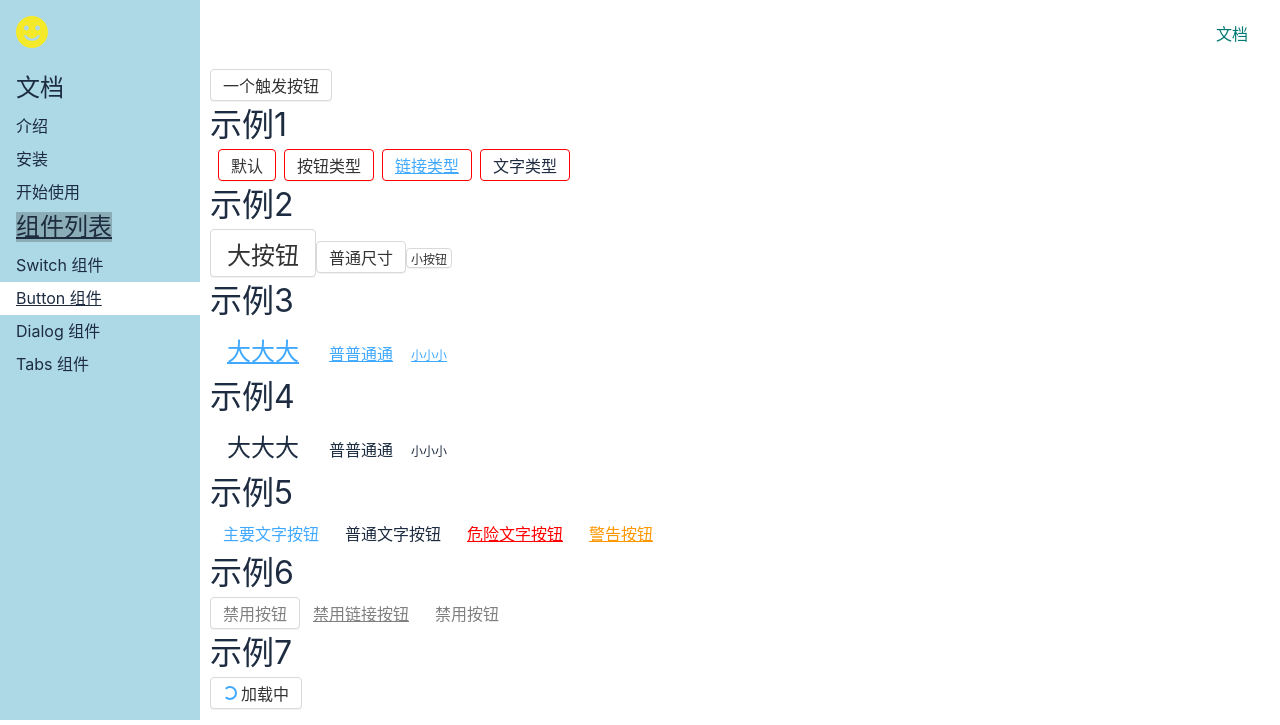
Repository: huming3272/Smile-UI
Page: /#/doc/button
These files come from the project's save history. The page is drawn as it stood at one moment and after the next save; the edit follows.
The browser window is 1280 px wide. The pictures show the whole page.
The project was rebuilt for these pictures with package versions that can differ from the ones it lists, and the page was loaded fresh each time. Also part of the build but not shown: src/lib/svg.js, src/views/Home.vue, src/lib/Switch.vue, src/components/Switch1.demo.vue, src/components/Switch2.demo.vue, src/components/Demo.vue, src/components/SwitchDemo.vue, src/lib/Dialog.vue and 7 more. Imported but missing from the stored project, and not drawn on this page: src/lib/Tabs.vue, src/lib/openDialog.

Above is the page before, as saved 2022-04-17 17:27:01.

### index.html
<!DOCTYPE html>
<html lang="en">
<head>
  <meta charset="UTF-8">
  <link rel="icon" href="/favicon.ico" />
  <meta name="viewport" content="width=device-width, initial-scale=1.0">
  <title>Vite App</title>
  <!-- <script src="//at.alicdn.com/t/font_3242938_9kpz3740e2n.js"></script> -->
</head>
<body>
  <div id="app"></div>
  <script type="module" src="/src/main.ts"></script>
</body>
</html>

### src/main.ts
import "./lib/gulu.scss";
import "./lib/svg.js";
import "./index.scss";
import { createApp } from 'vue';
import App from './App.vue';
import router from './router/index';
import 'github-markdown-css'

const app = createApp(App)
app.use(router)
app.mount('#app')

### src/lib/gulu.scss
[class^="gulu-"], [class*=" gulu-"] {
    // 属性选择器的"^"开头选择器,"*"包含选择器
    margin: 0;
    padding: 0;
    box-sizing: border-box;
    font-size: 16px;
    // 为什么这样写 font-family
    // 答案见 https://github.com/zenozeng/fonts.css/
    font-family: -apple-system, "Noto Sans", "Helvetica Neue", Helvetica,
      "Nimbus Sans L", Arial, "Liberation Sans", "PingFang SC", "Hiragino Sans GB",
      "Noto Sans CJK SC", "Source Han Sans SC", "Source Han Sans CN",
      "Microsoft YaHei", "Wenquanyi Micro Hei", "WenQuanYi Zen Hei", "ST Heiti",
      SimHei, "WenQuanYi Zen Hei Sharp", sans-serif;
  }

### src/index.scss
* {
  margin: 0;
  padding: 0;
  box-sizing: border-box;
}
ul,
ol {
  list-style: none;
}
a {
  text-decoration: none;
  color: inherit;
  border-bottom: 1px solid transparent;
  &:hover {
    border-bottom: 1px solid;
    text-decoration: underline;
    cursor: pointer;
  }
}
h1,h2,h3,h4,h5,h6{
  font-weight: normal;
}
body{
  font-size: 16px;
  font-family: -apple-system, "Noto Sans",
  "Helvetica Neue",
  Helvetica, "Nimbus Sans L", Arial,
  "Liberation Sans",
  "PingFang SC",
  "Hiragino Sans GB",
  "Noto Sans CJK SC",
  "Source Han Sans SC",
  "Source Han Sans CN",
  "Microsoft YaHei",
  "Wenquanyi Micro Hei",
  "WenQuanYi Zen Hei",
  "ST Heiti",
  SimHei,
   "WenQuanYi Zen Hei Sharp",
  sans-serif;
  line-height: 1.5;
  color: #1d2c40;
}
.icon {
  width: 1em; height: 1em;
  vertical-align: -0.15em;
  fill: currentColor;
  overflow: hidden;
}

### src/App.vue
<template>
  <router-view/>
</template>

<script lang='ts'>
import {ref,provide} from 'vue'
import router from './router/index'

export default {
  name: 'App',
  setup(){
    const width = document.documentElement.clientWidth;
    //获取窗口宽度
    const menuVisible = ref(width <= 500 ? false : true);
    const toggleAside = ref(false)


    //检测窗口宽度
    //定义初值，类似vue2的data

    provide('menuVisible',menuVisible)//set
    //provide提供menuVisible给全局
    provide('toggleAside',toggleAside)



  },


}
</script>
<style lang="scss">
  *{
    padding: 0;
    margin: 0;
    list-style: none;

  }
</style>

### src/router/index.ts
import {createWebHashHistory,createRouter} from 'vue-router'
import Home from '../views/Home.vue'
import Doc from '../views/Doc.vue'
import Switch from '../components/SwitchDemo.vue'
import Button from '../components/ButtonDemo.vue'
import Dialog from '../components/DialogDemo.vue'
import Tabs from '../components/TabsDemo.vue'
import DocDemo from '../components/DocDemo.vue'

import Intro from '../views/Intro.vue';
import GetStarted from '../views/GetStarted.vue'
import Install from '../views/Install.vue'

import { h } from 'vue';
import Markdown from '../components/Markdown.vue';
const md = (filename) => {return h(Markdown,{path:`../markdown/${filename}.md`, key: filename})}
//  必须加上不同的key，不然切换组件后，渲染会失败
const history = createWebHashHistory()
// hash型路由
 const router = createRouter(
// 创建路由器
    {
    history:history,
    routes:[
        {path:'/',component:Home},
        {path:'/doc',component:Doc,
        children:[
            { path:'',component:DocDemo },
            { path:'switch',component:Switch },
            { path:'button',component:Button },
            { path:'Dialog',component:Dialog },
            { path:'Tabs',component:Tabs },
            { path: "intro", component: md('intro') },
            { path: "get-started", component: md('get-started') },
            { path: "install", component: md('install') },
        ]},

    ]
}
)


export default router

### src/views/Doc.vue
<template>
  <div class="layout">
    <Topnav class="nav"></Topnav>
    <div class="content">
      <aside v-if="menuVisible">
        <h2>
          文档
        </h2>
        <ol>
          <li>
            <router-link to="/doc/intro">
              介绍
            </router-link>
          </li>
          <li>
            <router-link to="/doc/install">
              安装
            </router-link>
          </li>
          <li>
            <router-link to="/doc/get-started">
              开始使用
            </router-link>
          </li>
        </ol>
        <h2>
          <router-link to='/doc'>
            组件列表
          </router-link>
        </h2>
        <ol>
          <li>
            <router-link to="/doc/switch">Switch 组件</router-link>
          </li>
          <li>
            <router-link to="/doc/button">Button 组件</router-link>
          </li>
          <li>
            <router-link to="/doc/dialog">Dialog 组件</router-link>
          </li>
          <li>
            <router-link to="/doc/tabs">Tabs 组件</router-link>
          </li>
        </ol>
      </aside>
      <main>
        <router-view></router-view>
      </main>
    </div>
  </div>
</template>
<script lang="ts">
import Topnav from "../components/Topnav.vue";
import {inject,Ref,onMounted,onUnmounted} from 'vue'
import  router  from '../router/index';
export default {
  components: {
    Topnav,
  },
  setup(){
    //setup函数是处于 生命周期函数 beforeCreate 和 Created 两个钩子函数之前的函数,类似用函数定义vue2的data
    const menuVisible = inject<Ref<boolean>>('menuVisible') //get
    const toggleAside = inject<Ref<boolean>>('toggleAside')
    toggleAside.value = true
    //引入名为menuVisible

    const menuActive = () => {
          if (window.innerWidth > 500){
            menuVisible.value = true
          }
      }
    onMounted(() => {
      window.addEventListener('resize',menuActive)
    })
    onUnmounted(() => {
      window.removeEventListener('resive',menuActive)
    })

    router.afterEach((to, from) => {

      // menuVisible.value = false
    })

    return {menuVisible}
    // return 暴露出去，才能在这个文件中使用menuVisible

  },
  methods: {

  }

};
</script>
<style lang="scss" scoped>
.router-link-active {
  text-decoration: underline;
}
.layout {
  display: flex;
  flex-direction: column;
  height: 100vh;
  z-index: 10;
  > .nav {
    flex-shrink: 0;
  }
  > .content {
    flex-grow: 1;
    padding-top: 53px;
    padding-left: 200px;
    @media (max-width: 500px) {
      padding-left: 0;
    }
  }
}
.content {
  display: flex;
  > aside {
    flex-shrink: 0;
    // position: relative;
    h2{
      >.router-link-active{
        background: rgba(0,0,0,0.2);
      }
    }
    >ol{
      .router-link-active{
        // background: rgba(255, 81, 0, 0.5)
      }
    }

  }
  > main {
    flex-grow: 1;
    padding: 16px 10px;
    // background: lightgreen;

  }
}
aside {
  background: lightblue;
  width: 200px;
  // padding: 16px 0 16px 16px;
  position: fixed;
  top: 0;
  left: 0;
  padding-top: 70px;
  height: 100%;
  // z-index: 20;
  > h2 {
    margin-bottom: 4px;
    padding: 0 16px;
  }
  > ol {
    > li {
      >a {
        display: block;
        padding: 4px 16px;
        text-decoration: none;
      }
      .router-link-active{
        background: white;
      }
    }
  }
  @media (max-width: 500px) {
    position: fixed;
    top: 0;
    left: 0;
    padding-top: 70px;
  }
}
main {
  overflow: auto;
}
</style>

### src/components/ButtonDemo.vue
<template>
  <div>

      <Button @click="onClick" @focus="onClick" @mouseleave="onClick" >
        一个触发按钮
      </Button>
    <div>
      <h1>示例1</h1>
      <Button>默认</Button>
      <Button theme="button">按钮类型</Button>
      <Button theme="link">链接类型</Button>
      <Button theme="text">文字类型</Button>
    </div>
    <div>
      <h1>示例2</h1>
      <Button size='big'>大按钮</Button>
      <Button>普通尺寸</Button>
      <Button size="small">小按钮</Button>
    </div>
    <div>
      <h1>示例3</h1>
      <Button theme="link" size="big">大大大</Button>
      <Button theme="link">普普通通</Button>
      <Button size="small" theme="link">小小小</Button>
    </div>
    <div>
      <h1>示例4</h1>
      <Button size="big" theme="text">大大大</Button>
      <Button theme="text">普普通通</Button>
      <Button size="small" theme="text">小小小</Button>
    </div>
    <div>
      <h1>示例5</h1>
      <Button theme="text" level="main">主要文字按钮</Button>
      <Button theme="text">普通文字按钮</Button>
      <Button theme="link" level="danger">危险文字按钮</Button>
      <Button theme="link" level="warnning">警告按钮</Button>
    </div>
    <div>
      <h1>示例6</h1>
      <Button disabled>禁用按钮</Button>
      <Button theme="link" disabled>禁用链接按钮</Button>
      <Button theme="text" disabled>禁用按钮</Button>
    </div>
    <div>
      <h1>示例7</h1>
      <Button loading>加载中</Button>
    </div>
  </div>
</template>
<script lang="ts">
  import Button from '../lib/Button.vue'
  export default {
    components:{
      Button
    },
    setup(){
      const onClick = ()=>{
        console.log('被触发')
      }
      return {
        onClick
      }
    }
  }
</script>
<style lang="scss">
</style>

### src/components/Topnav.vue
<template>
  <div class="topnav">
    <router-link class="logo" to='/' >
      <svg class="icon" aria-hidden="true">
        <use xlink:href="#icon-Smile"></use>
      </svg>
    </router-link>
    <ul class="menu">
      <li>
        <router-link to="/doc">
          文档
        </router-link>
      </li>
    </ul>
    <svg class="icon toggleAside" aria-hidden="true"  v-if="toggleAside"  @click="toggleMenu">
        <use xlink:href="#icon-shenLue"></use>
      </svg>
  </div>
</template>
<script lang="ts">
import {inject,Ref} from 'vue'
import router from '../router/index'
export default {
  setup(){

    const menuVisible = inject<Ref<boolean>>('menuVisible') //get
    const toggleAside = inject<Ref<boolean>>('toggleAside')
    //inject<Ref<boolean>>('menuVisible')
    //从全局引入menuVisible为boolean类型的Ref参数
    // menuVisible变量可以认为是data里的
    const toggleMenu = ()=>{
      // router.push('/doc')
      menuVisible.value = !menuVisible.value
      //这里类似methods

    }
    router.afterEach((to,from) => {
      if(to.path==='/'){
        toggleAside.value = false
      }

    });
    return {toggleMenu,toggleAside}
  }
}
</script>
<style lang="scss" scoped>
$color: #007974;
.topnav {
  color: $color;
  // background: pink;
  display: flex;
  padding: 16px;
  position: fixed;
  top: 0;
  left: 0;
  width: 100%;
  z-index: 10;
  justify-content: center;
  align-items: center;
  > .logo {
    max-width: 6em;
    margin-right: auto;
    >svg {
      width: 32px;
      height: 32px;
    }
  }
  > .menu {
    display: flex;
    white-space: nowrap;
    flex-wrap: nowrap;
    > li {
      margin: 0 1em;
    }

  }
  >.toggleAside {
    width: 24px;
    height: 24px;
    position: absolute;
    left: 16px;
    top: 50%;
    transform: translateY(-50%);
    display: none;
  }

  @media (max-width: 500px) {
    > .menu {
      display: none;
    }
    > .toggleAside {
      display: block;
    }
    > .logo {
      margin: 0 auto;
    }

  }
}
</style>

### src/lib/Button.vue
<template lang="">

        <!-- <button v-bind="$attrs"> -->
            <button v-bind="rest" class="gulu-button" :class="classes" :disabled="disabled">
            <!-- 为button绑定rest得到的传入事件，两种都可以 -->
            <span v-if="loading" class="gulu-loadingIndicator"></span>
            <slot></slot>
        </button>


</template>
<script lang="ts">
import {computed} from 'vue'
export default {
  inheritAttrs: false,
  //inheritAttrs继承，默认是true，继承一切传入的事件，给template内的第一级元素
  name: "Button",
  props: {
    theme: {
      type: String,
      default: "button",
    },
    size:{
        type:String,
        default:"normal",
    },
    level:{
        type:String,
        default:"normal"
    },
    disabled: {
      type: Boolean,
      default: false,
    },
    loading:{
        type: Boolean,
        default:false,
    }
  },
  setup(props, context) {
    //非响应式对象，等同于 $attrs
    const { ...rest } = context.attrs;
    //拿到了父传子的size参数和rest事件
    const {theme,size,level}=props;
    const classes = computed(()=>{
        return{
            [`gulu-theme-${theme}`]: theme,
            [`gulu-size-${size}`]: size,
            [`gulu-level-${level}`]:level
        }
    })
    return { rest,size, classes };
  },
};
</script>
<style lang="scss">
div{

    $h: 32px;
    $border-color: #d9d9d9;
    $color: #333;
    $blue: #40a9ff;
    $radius: 4px;
    $red: red;
    $orange: rgb(252, 151, 0);
    $grey: grey;
    .gulu-button {
        box-sizing: border-box;
        height: $h;
        padding: 0 12px;
        cursor: pointer;
        display: inline-flex;
        justify-content: center;
        align-items: center;
        white-space: nowrap;
        background: white;
        color: $color;
        border: 1px solid $border-color;
        border-radius: $radius;
        box-shadow: 0 1px 0 fade-out(black, 0.95);
        transition: background-color 250ms;
        & + & {
            margin-left: 8px;
            border:1px solid red;
        }
        &:hover,
        &:focus {
        color: $blue;
        border-color: $blue;
        }
        &:focus {
            outline: none;
        }
        &::-moz-focus-inner {
            border: 0;
        }
         &.gulu-theme-link{
            border-color: transparent;
            box-shadow: none;
            color: $blue;
            text-decoration: underline;
        &:hover,&:focus{
            color: lighten($blue, 10%);
        }
  }
        &.gulu-theme-text{
            border-color: transparent;
            box-shadow: none;
            color: inherit;
        &:hover,&:focus{
            background: darken(white, 5%);;
            }
        }
            &.gulu-size-big{
                font-size: 24px;
                height: 48px;
                padding: 0 16px
            }
            &.gulu-size-small{
                font-size: 12px;
                height: 20px;
                padding: 0 4px;
            }

         &.gulu-theme-button {
            &.gulu-level-main {
                background: $blue;
                color: white;
                border-color: $blue;
            &:hover,
            &:focus {
                background: darken($blue, 10%);
                border-color: darken($blue, 10%);
                }
            }
            &.gulu-level-danger {
                background: $red;
                border-color: $red;
                color: white;
                &:hover,
                &:focus {
                    background: darken($red, 10%);
                    border-color: darken($red, 10%);
                }
            }
        }
        &.gulu-theme-link {
        &.gulu-level-danger {
            color: $red;
            &:hover,
                &:focus {
                    color: darken($red, 10%);
                }
            }
            &.gulu-level-warnning{
                color: $orange !important;
                &:hover,
                &:focus {
                    color: darken($orange, 10%);
                }
            }
        }
        &.gulu-theme-text {
            &.gulu-level-main {
            color: $blue;
            &:hover,
            &:focus {
                    color: darken($blue, 10%);
                }
            }
             &.gulu-level-danger {
                color: $red;
                &:hover,
                &:focus {
                    color: darken($red, 10%);
                }
            }
            &.gulu-level-warnning{
                color: $orange !important;
                &:hover,
                &:focus {
                    color: darken($orange, 10%);
                }
            }
        }
         &.gulu-theme-button {
            &[disabled] {
                cursor: not-allowed;
                color: $grey;
                &:hover {
                    border-color: $grey;
                }
            }
        }
        &.gulu-theme-link, &.gulu-theme-text {
            &[disabled] {
                cursor: not-allowed;
                color: $grey;
            }
        }
        > .gulu-loadingIndicator{
                width: 14px;
                height: 14px;
                display: inline-block;
                margin-right: 4px;
                border-radius: 8px;
                border-color: $blue $blue $blue transparent;
                border-style: solid;
                border-width: 2px;
                animation: gulu-spin 1s infinite linear;
            }
    }
        @keyframes gulu-spin {
            0%{transform: rotate(0deg)}
            100%{transform: rotate(360deg)}
        }
}
</style>

After the next save:
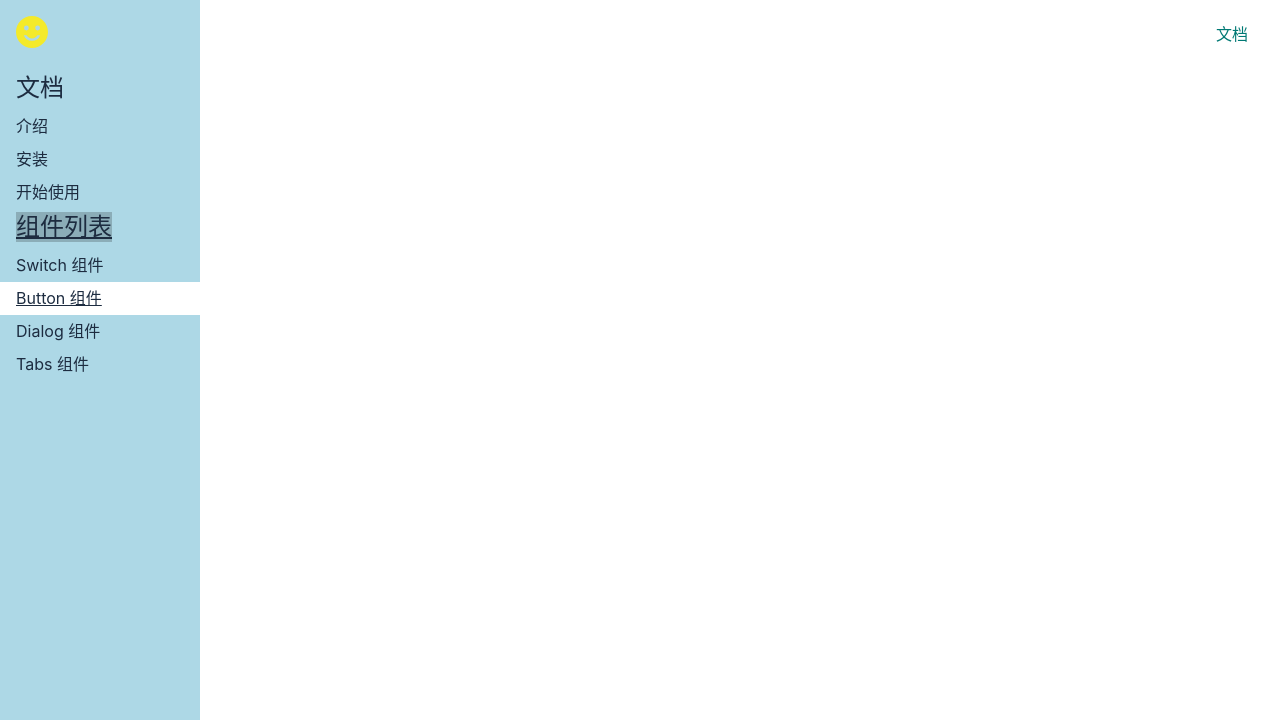
Saved 16 s later.
--- a/src/components/ButtonDemo.vue
+++ b/src/components/ButtonDemo.vue
@@ -1,51 +1,6 @@
 <template>
   <div>
 
-      <Button @click="onClick" @focus="onClick" @mouseleave="onClick" >
-        一个触发按钮
-      </Button>
-    <div>
-      <h1>示例1</h1>
-      <Button>默认</Button>
-      <Button theme="button">按钮类型</Button>
-      <Button theme="link">链接类型</Button>
-      <Button theme="text">文字类型</Button>
-    </div>
-    <div>
-      <h1>示例2</h1>
-      <Button size='big'>大按钮</Button>
-      <Button>普通尺寸</Button>
-      <Button size="small">小按钮</Button>
-    </div>
-    <div>
-      <h1>示例3</h1>
-      <Button theme="link" size="big">大大大</Button>
-      <Button theme="link">普普通通</Button>
-      <Button size="small" theme="link">小小小</Button>
-    </div>
-    <div>
-      <h1>示例4</h1>
-      <Button size="big" theme="text">大大大</Button>
-      <Button theme="text">普普通通</Button>
-      <Button size="small" theme="text">小小小</Button>
-    </div>
-    <div>
-      <h1>示例5</h1>
-      <Button theme="text" level="main">主要文字按钮</Button>
-      <Button theme="text">普通文字按钮</Button>
-      <Button theme="link" level="danger">危险文字按钮</Button>
-      <Button theme="link" level="warnning">警告按钮</Button>
-    </div>
-    <div>
-      <h1>示例6</h1>
-      <Button disabled>禁用按钮</Button>
-      <Button theme="link" disabled>禁用链接按钮</Button>
-      <Button theme="text" disabled>禁用按钮</Button>
-    </div>
-    <div>
-      <h1>示例7</h1>
-      <Button loading>加载中</Button>
-    </div>
   </div>
 </template>
 <script lang="ts">
